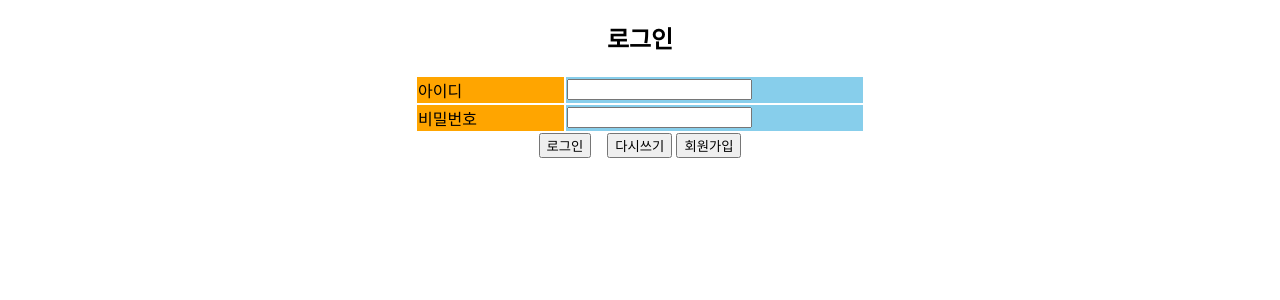
Repository: ReadStar/Jsp_MVC
Page: http://localhost/MVC_Board/member/login_form.jsp
The author's editor kept a copy of each file at every save. The page is drawn from the files as they stood at one save, then again after the next save.
The browser window is 1280 px wide. The pictures show the whole page.
The page is served by Tomcat 9.

Above is the page before, as saved 2020-11-23 07:04:26.

After the next save:
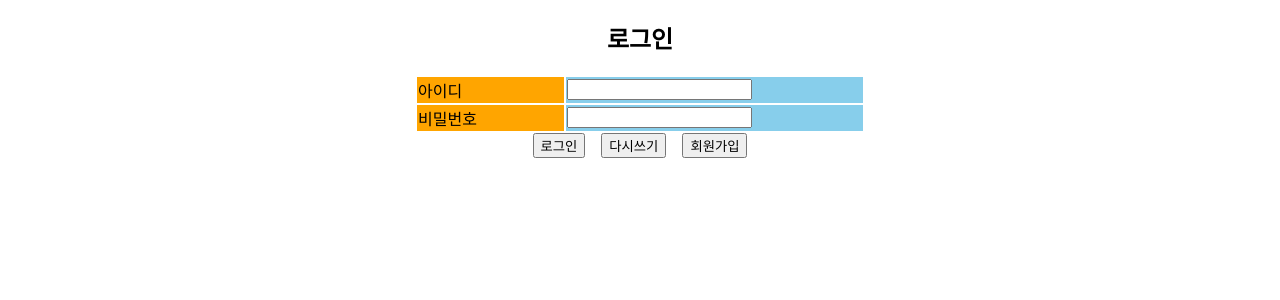
Saved 14 s later.
--- a/MVC_Board/WebContent/member/login_form.jsp
+++ b/MVC_Board/WebContent/member/login_form.jsp
@@ -53,7 +53,7 @@ table{
 			</table>
 			<section id="commandCell">
 					<input type="submit" value="로그인">&nbsp; &nbsp;
-					<input type="reset" value="다시쓰기"/>
+					<input type="reset" value="다시쓰기"/>&nbsp; &nbsp;
 					<input type="button" value="회원가입" onclick="location.href='MemberJoinForm.me'"/>
 			</section>
 			</form>
